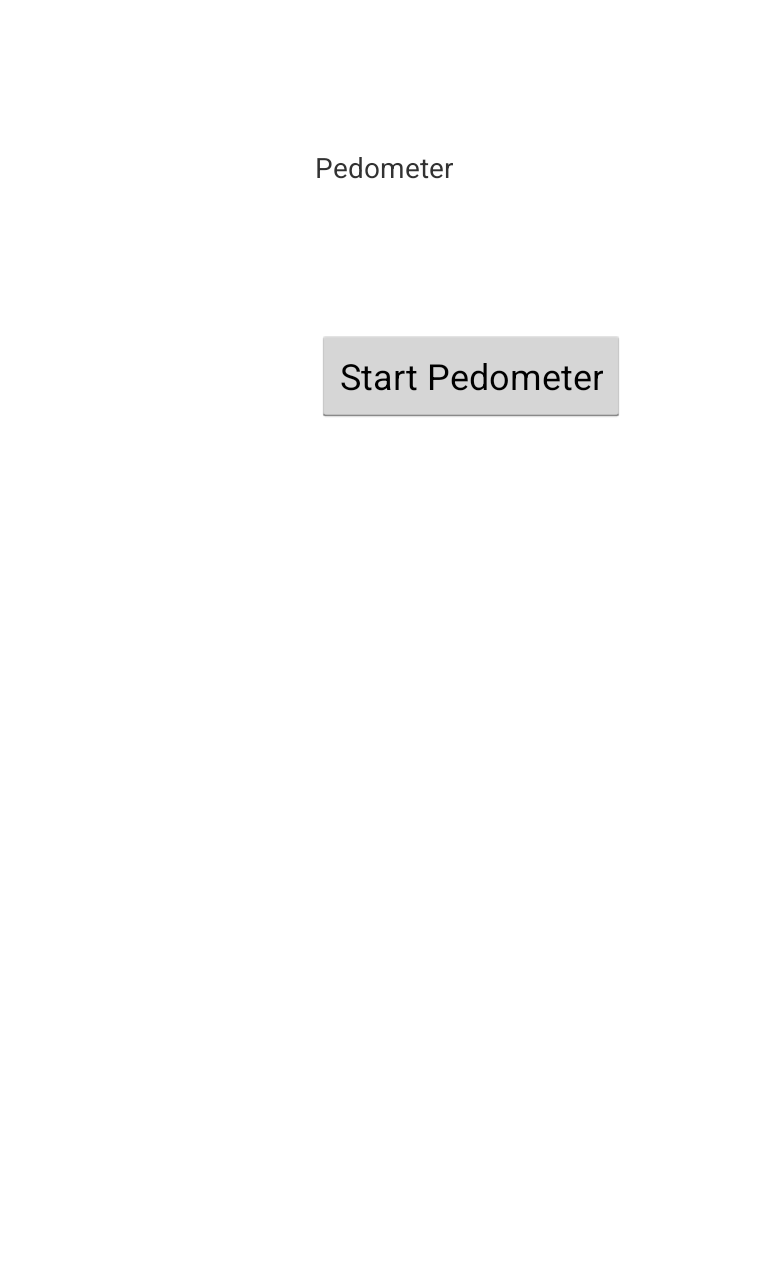
Repository: harrisonyu/Android-Pedometer
Layout: mp1/res/layout/activity_main.xml
The author's editor kept a copy of each file at every save. The layout is drawn from the files as they stood at one save, then again after the next save.
It is drawn on a 768 x 1280 px phone screen (xhdpi) without system bars, with theme AppTheme; the app's code is not run.

Above is the layout before, as saved 2013-10-19 01:36:30.

### mp1/res/layout/activity_main.xml
<RelativeLayout xmlns:android="http://schemas.android.com/apk/res/android"
    xmlns:tools="http://schemas.android.com/tools"
    android:layout_width="match_parent"
    android:layout_height="match_parent"
    android:paddingBottom="@dimen/activity_vertical_margin"
    android:paddingLeft="@dimen/activity_horizontal_margin"
    android:paddingRight="@dimen/activity_horizontal_margin"
    android:paddingTop="@dimen/activity_vertical_margin"
    tools:context=".MainActivity" >

    <TextView
        android:id="@+id/textView1"
        android:layout_width="wrap_content"
        android:layout_height="wrap_content"
        android:layout_alignParentTop="true"
        android:layout_centerHorizontal="true"
        android:layout_marginTop="58dp"
        android:text="@string/pedometer" />

    <Button
        android:id="@+id/button1"
        android:layout_width="wrap_content"
        android:layout_height="wrap_content"
        android:layout_alignLeft="@+id/textView1"
        android:layout_below="@+id/textView1"
        android:layout_marginTop="71dp"
        android:text="Start Pedometer" />

</RelativeLayout>

### mp1/res/values/strings.xml
<?xml version="1.0" encoding="utf-8"?>
<resources>

    <string name="app_name">Pedometer</string>
    <string name="action_settings">Settings</string>
    <string name="pedometer">Pedometer</string>

</resources>

Loaded but not shown: mp1/res/values/styles.xml (common file); mp1/res/values-v11/styles.xml (common file); mp1/res/values-v14/styles.xml (common file); mp1/res/values/dimens.xml (common file)

After the next save:
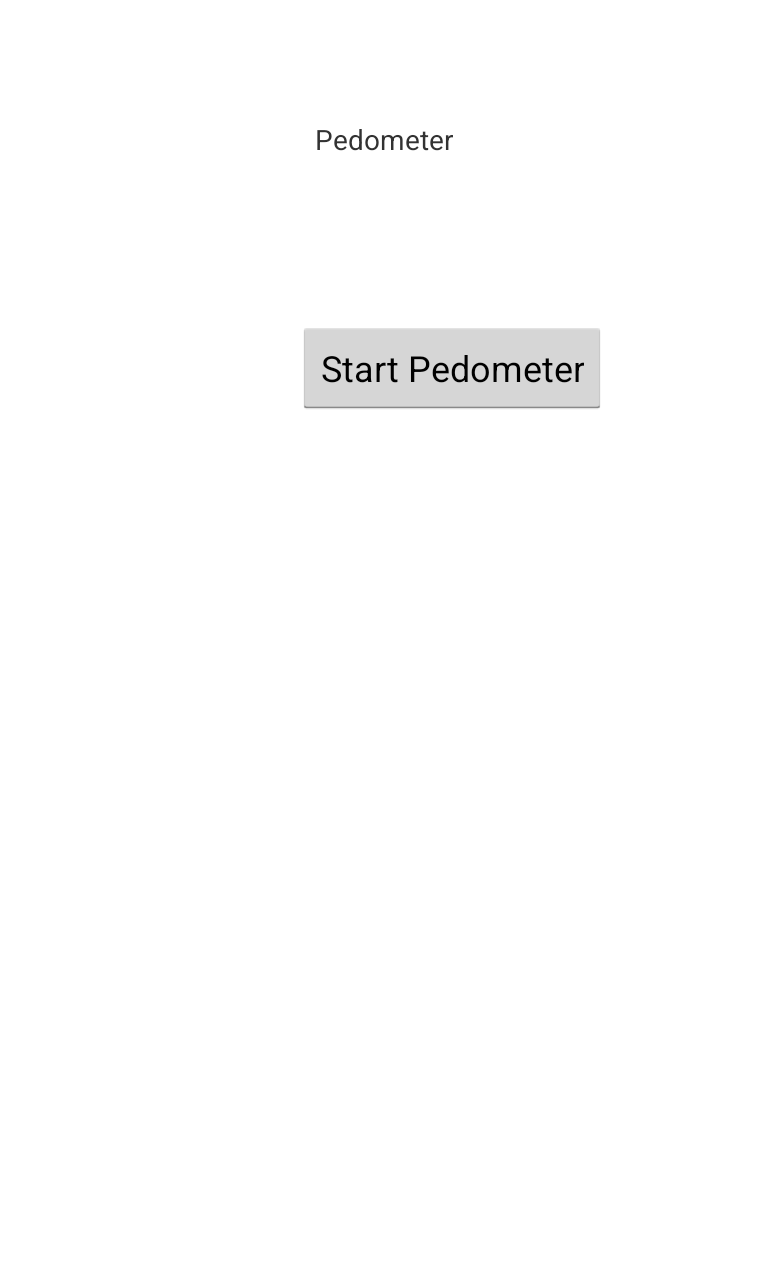
Saved 59 s later.
--- a/mp1/res/layout/activity_main.xml
+++ b/mp1/res/layout/activity_main.xml
@@ -8,22 +8,24 @@
     android:paddingTop="@dimen/activity_vertical_margin"
     tools:context=".MainActivity" >
 
+    <Button
+        android:id="@+id/button1"
+        android:layout_width="wrap_content"
+        android:layout_height="wrap_content"
+        android:layout_alignParentRight="true"
+        android:layout_below="@+id/textView1"
+        android:layout_marginRight="64dp"
+        android:layout_marginTop="81dp"
+        android:text="Start Pedometer"
+        android:onClock = "SensorActivity" />
+
     <TextView
         android:id="@+id/textView1"
         android:layout_width="wrap_content"
         android:layout_height="wrap_content"
         android:layout_alignParentTop="true"
         android:layout_centerHorizontal="true"
-        android:layout_marginTop="58dp"
+        android:layout_marginTop="44dp"
         android:text="@string/pedometer" />
 
-    <Button
-        android:id="@+id/button1"
-        android:layout_width="wrap_content"
-        android:layout_height="wrap_content"
-        android:layout_alignLeft="@+id/textView1"
-        android:layout_below="@+id/textView1"
-        android:layout_marginTop="71dp"
-        android:text="Start Pedometer" />
-
 </RelativeLayout>
